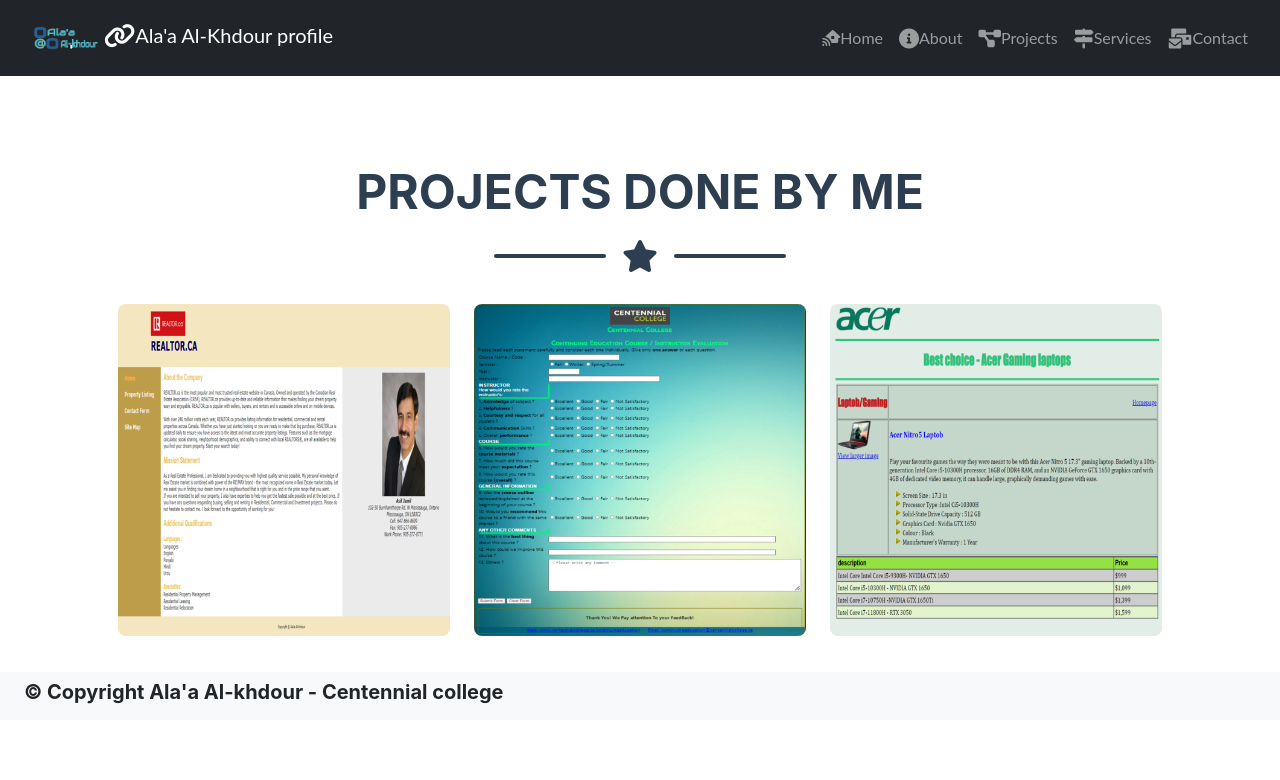
Repository: alaakhdour/heroukulivesite-section1
Page: http://localhost/projects
These files come from the project's save history. The page is drawn as it stood at one moment and after the next save; the edit follows.
The browser window is 1280 px wide. The pictures show the whole page.
The page is served by the project's Node server (server.js).

Above is the page before, as saved 2022-06-18 03:03:15.

After the next save:
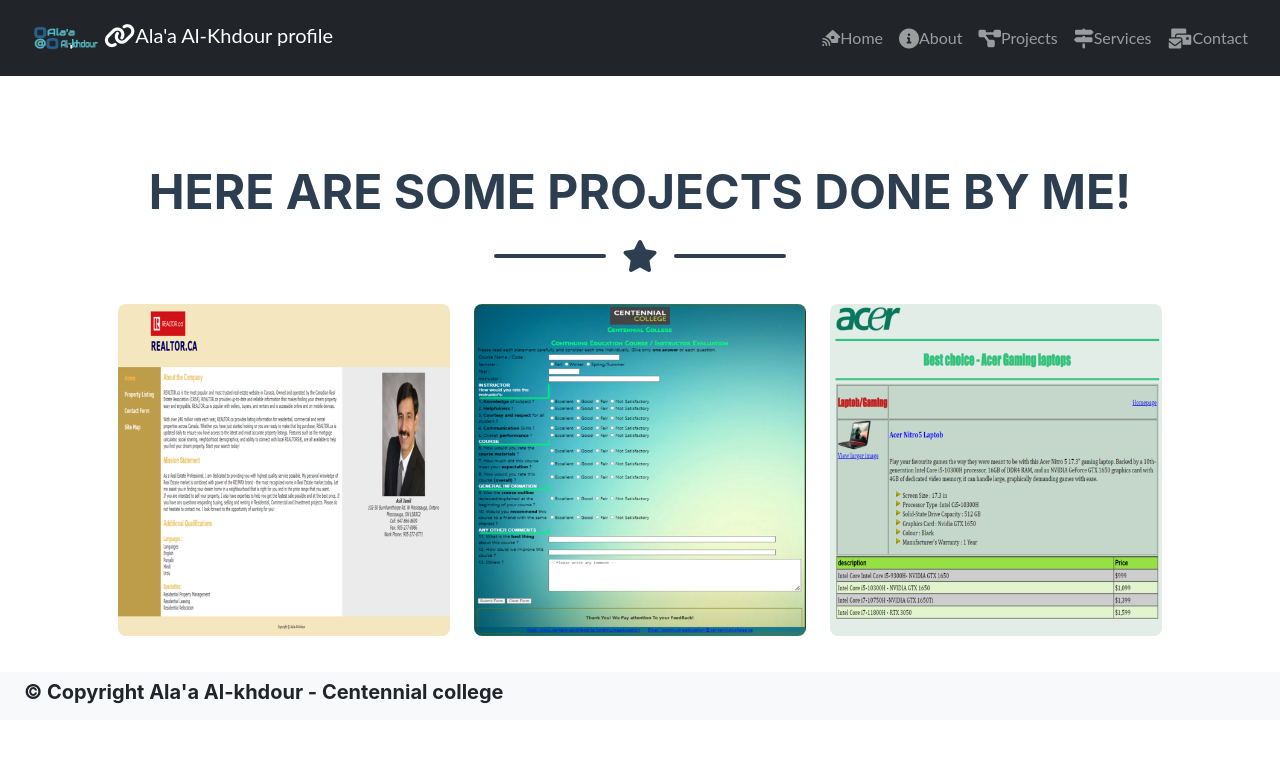
Saved 15 s later.
--- a/Server/Views/content/projects.ejs
+++ b/Server/Views/content/projects.ejs
@@ -2,7 +2,7 @@
     <section class="page-section portfolio" id="portfolio">
         <div class="container">
             <!-- Portfolio Section Heading-->
-            <h2 class="page-section-heading text-center text-uppercase text-secondary mb-0">Projects done by me</h2>
+            <h2 class="page-section-heading text-center text-uppercase text-secondary mb-0">Here are some projects done by me!</h2>
             <!-- Icon Divider-->
             <div class="divider-custom">
                 <div class="divider-custom-line"></div>
